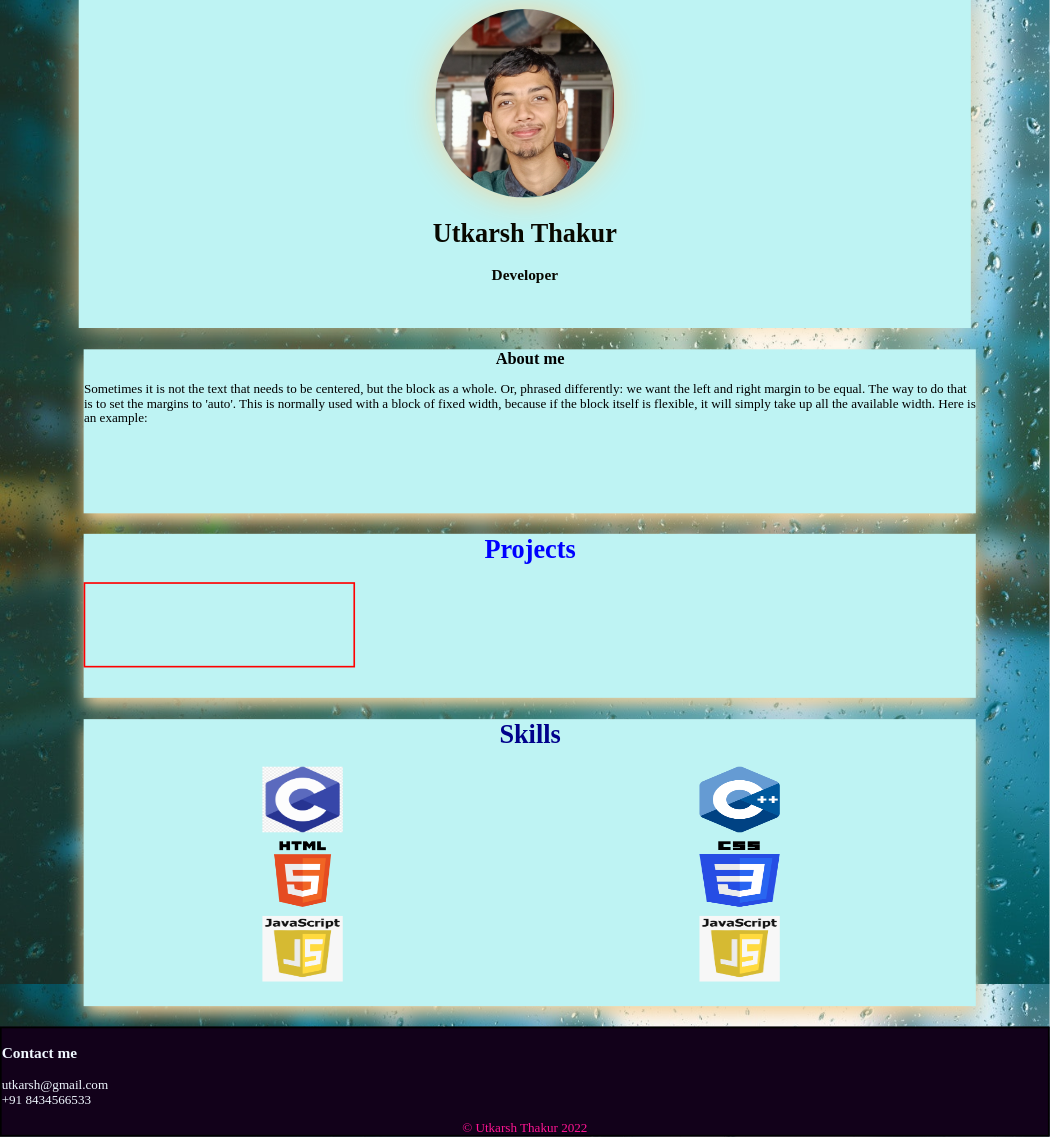
Repository: UtkarshThakur321/Utkarsh-Thakur-Profile
Page: index.html
These files come from the project's save history. The page is drawn as it stood at one moment and after the next save; the edit follows.
The browser window is 1280 px wide. The pictures show the whole page, at 82% of full size.

Above is the page before, as saved 2022-01-23 00:25:36.
Not found: main.js

### index.html
<!DOCTYPE html>
<html>
<head>
    <meta charset='utf-8'>
    <meta http-equiv='X-UA-Compatible' content='IE=edge'>
    <title>Page Title</title>
    <meta name='viewport' content='width=device-width, initial-scale=1'>
    <link rel='stylesheet' type='text/css' media='screen' href="index.css">
    <script src='main.js'></script>
</head>
<body>
    <div id="main">
    <!-- <div id="nav">
        <h1>My Resume</h1>
    </div> -->
    <center>
        <div id="intro">
            <div id="profileImage">
                 <img src="./Utkarsh_dp.jpg" alt="DP_Utkarsh__Thakur"
                 width="180" height="170">
            </div>
            <div id="profileName">
                <h1>Utkarsh Thakur</h1>
                <h3>Developer</h3>
            </div>

            <div>


             </div>
        </div>
    </center>



  <div id="aboutMe">
    <div id="aboutMeHeading">
        About me
    </div>
    <div id="aboutMeContent">
        <p>
            Sometimes it is not the text that needs to be centered, but the block as a whole. Or, phrased differently: we want the left and right margin to be equal. The way to do that is to set the margins to 'auto'. This is normally used with a block of fixed width, because if the block itself is flexible, it will simply take up all the available width. Here is an example:
        </p>
    </div>
  </div>



<div id="projects">
    <h1>Projects</h1>
    <div class="projectsContent">

    </div>
</div>



    <div id="skills">
        <h1>Skills</h1>
        <div class="skillsContent">
            <img src="c_programming.png" alt="c_programming">
        </div>
        <div class="skillsContent">
            <img src="./c++_programming.png" alt="c++_programming">
        </div>
        <div class="skillsContent">
            <img src="./html.png" alt="html">
        </div>
        <div class="skillsContent">
            <img src="./CSS3.png" alt="css3">
        </div>
        <div class="skillsContent">
            <img src="./js.png" alt="js">
        </div>
        <div class="skillsContent">
            <img src="./js.png" alt="js">
        </div>

    </div>

    <div id="footer">
        <div id="footerContent">
            <h3>Contact me</h3>
        <p>
            utkarsh@gmail.com<br>
            +91 8434566533

        </p>
            <div id="copyright">
         &copy; Utkarsh Thakur 2022
            </div>
        </div>
        </div>

    </div>



</body>
</html>

### index.css
body{
    width:100%;
    margin:0px;
    /* background-color: rgb(171, 238, 238); */
    background-image:url("./bg.jpg");
}


#intro{

    background-color: rgb(190, 243, 243);
    height: 400px;
    width:85%;
    box-shadow: 0px 0px 40px rgb(245, 212, 159);
    margin-bottom: 2%;

}


#profileImage>img{
    margin-top: 1%;
    height:230px;
    width:20%;
    border-radius: 180px;
    box-shadow: 0px 0px 40px rgb(245, 212, 159);
}
#profileName{
    color:rgb(8, 8, 0);
    font-family: cursive;
}

#aboutMe{
    width:85%;
    height:200px;
    /* border:2px solid green; */
    margin-left:8%;
    box-shadow: 0px 10px 20px rgb(245, 212, 159);
    margin-bottom: 2%;
    background-color: rgb(190, 243, 243);
}



#aboutMeHeading{
    text-align:center;
    font-family:cursive;
    font-size:20px;
    font-weight: bold;
}
#aboutMeContent{

    font-family:cursive;
        font-size:16px;

}

#projects{
    width:85%;
        height:200px;
        /* border:2px solid green; */
        margin-left:8%;
        box-shadow: 0px 10px 20px rgb(245, 212, 159);
        font-family:cursive;
         color:blue;
    text-align: center;
    margin-bottom: 2%;
    background-color: rgb(190, 243, 243);

}
.projectsContent{
    border:2px solid red;
    width:30%;
    height:100px;
    float:left;
}



#skills{
        width:85%;
        height:350px;
        /* border:2px solid green; */
        margin-left:8%;
        box-shadow: 0px 10px 20px rgb(245, 212, 159);
        margin-bottom: 2%;
        background-color: rgb(190, 243, 243);
}

#skills{
    color:darkblue;
    font-weight: 400;
    text-align: center;

}
.skillsContent{
    height:80px;
    margin:0% 2% 1%;
    width:45%;
    float:left;
    /* border:2px solid blue; */
}
.skillsContent>img{
    height:80px;
    width:20%;
}



#nav{
    height:50px;
    display:content;
    text-align: center;
    font-weight: 900;
    color:black;}
    /* text-align: center;
    font-family: Verdana, Geneva, Tahoma, sans-serif;
} */



.img{
    height:10px;
    width:10%;
}

#footer{
    background-color: rgb(18, 1, 26);
}
#footerContent{
    border:2px solid black;
    color:aliceblue;

}

/* #footer{
    text-align: center;
} */
#copyright{
    text-align: center;
    font-family:cursive;
    color:deeppink
}

After the next save:
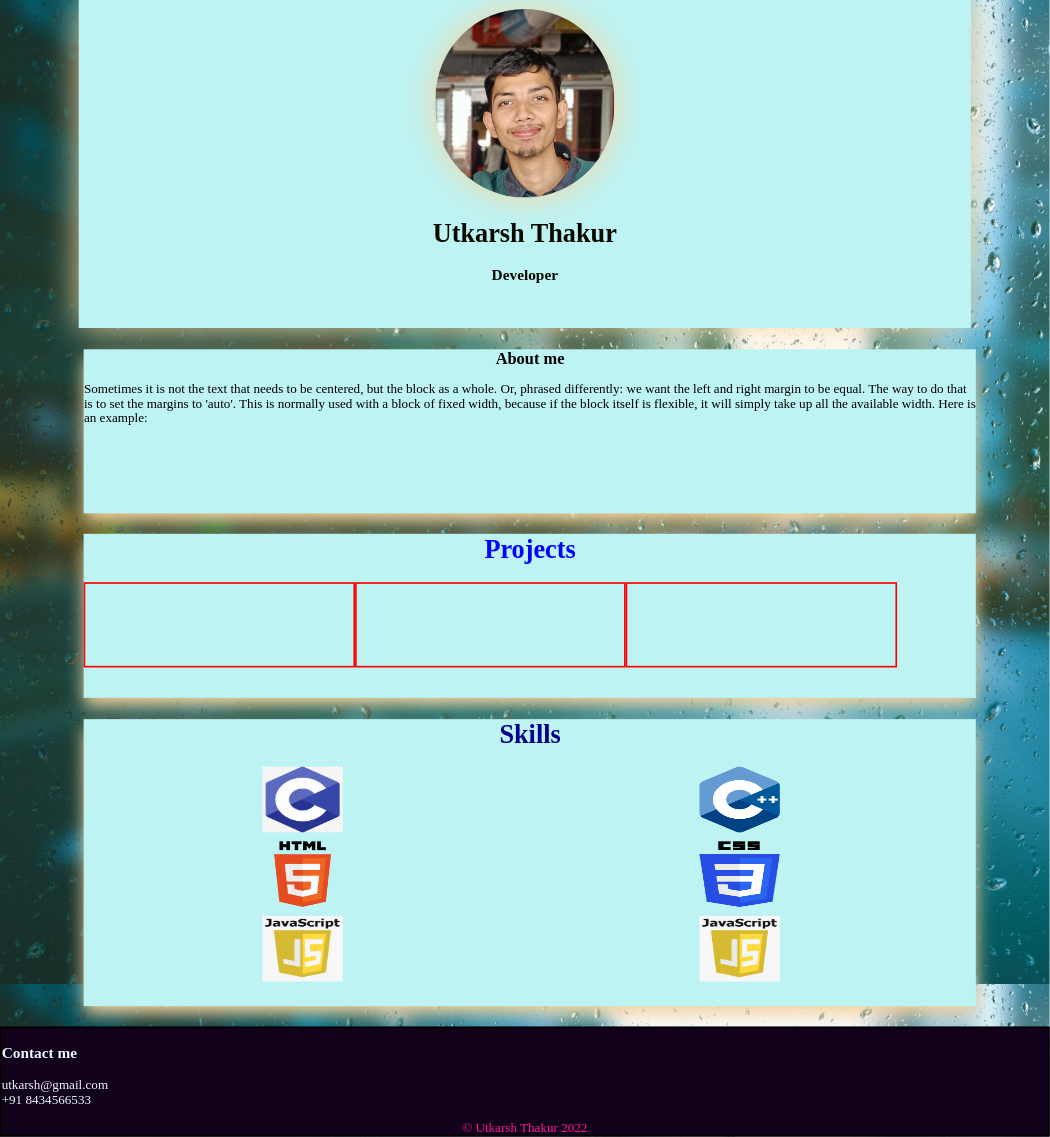
Saved 13 s later.
--- a/index.html
+++ b/index.html
@@ -51,6 +51,12 @@
     <div class="projectsContent">
 
     </div>
+    <div class="projectsContent">
+
+    </div>
+    <div class="projectsContent">
+
+    </div>
 </div>
 
 
